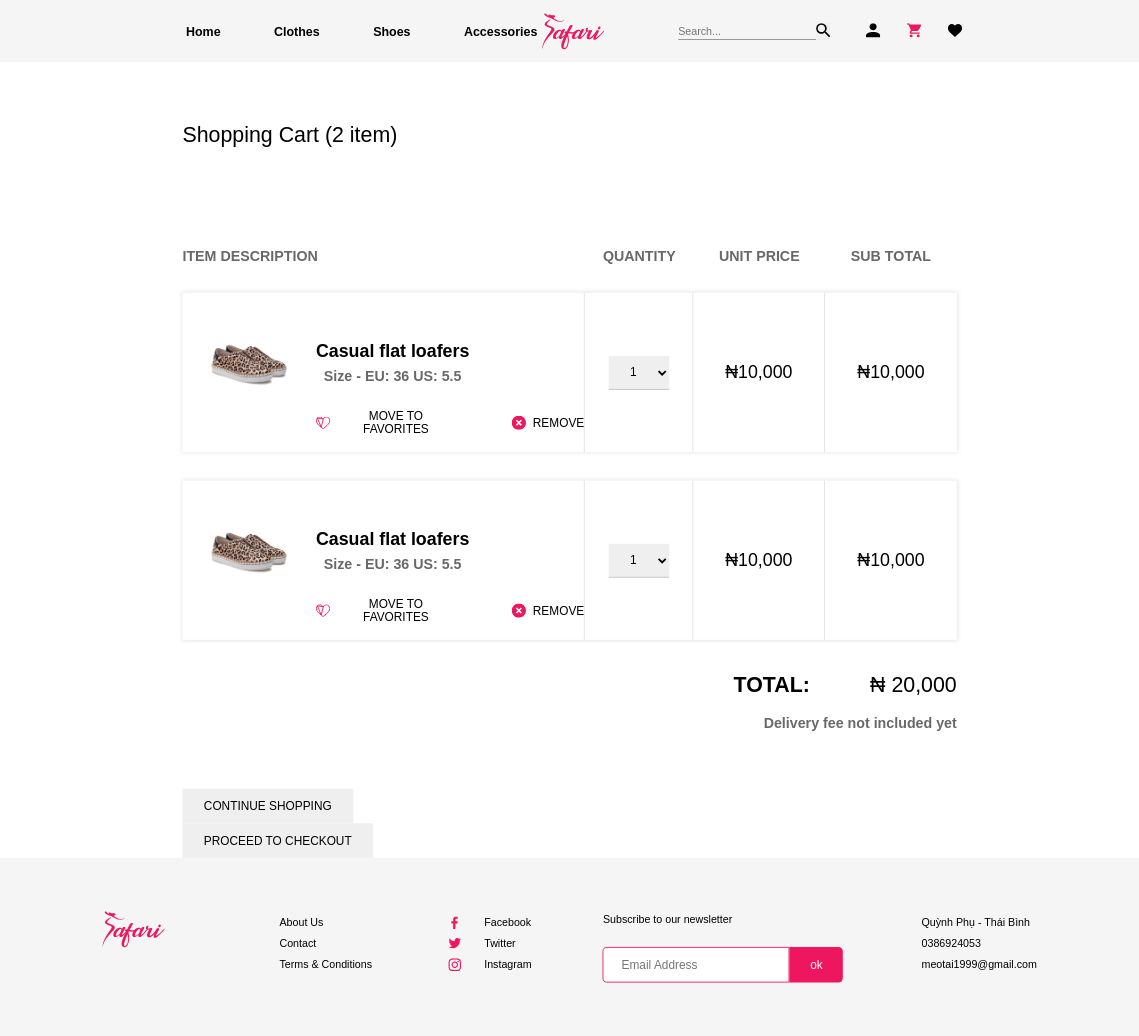
Repository: tboy1999/safari
Page: views/cart.html
These files come from the project's save history. The page is drawn as it stood at one moment and after the next save; the edit follows.
The browser window is 1280 px wide. The pictures show the whole page, at 89% of full size.
Some web libraries are served in a nearby version. The style sheet was rebuilt from its Sass, Less or Tailwind sources for each picture, by a compiler version that may differ from the author's.

Above is the page before, as saved 2022-04-28 14:33:08.

After the next save:
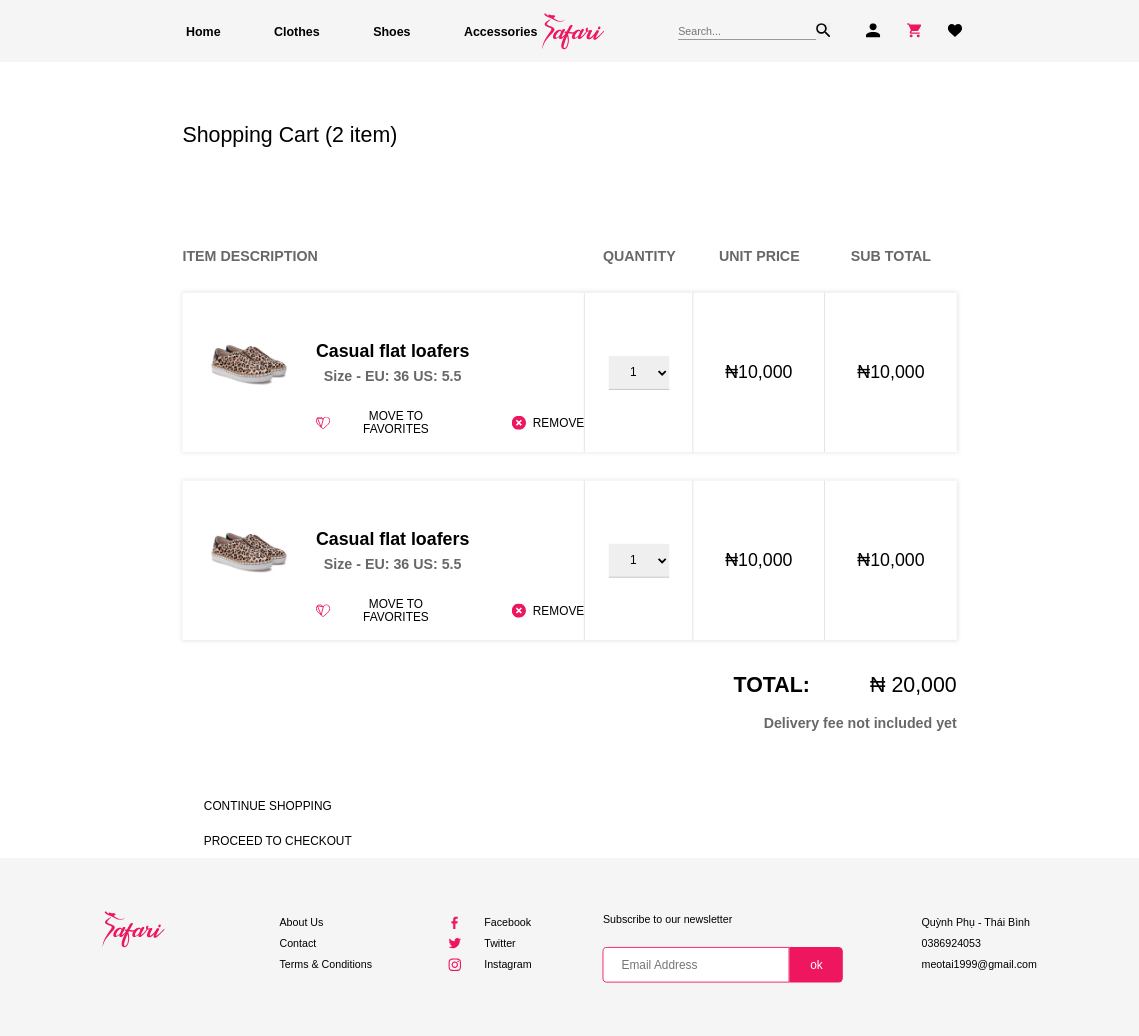
Saved 10 s later.
--- a/scss/cart.scss
+++ b/scss/cart.scss
@@ -84,7 +84,8 @@
 
   &__button {
     button {
-      padding: 12px 24px
+      padding: 12px 24px;
+      background-color: #fff;
     }
   }
 }
